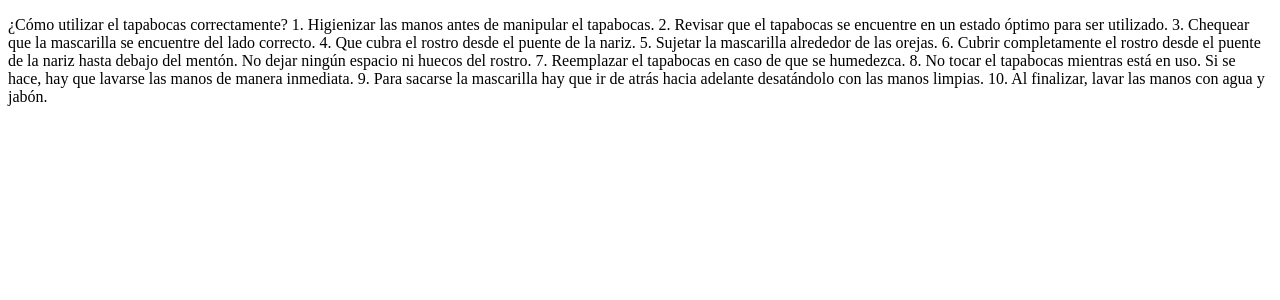
Repository: gustavomanfre/Curso_Front_End_Digitalers
Page: Unidad1/M1 - Laboratorio_01/index.html
These files come from the project's save history. The page is drawn as it stood at one moment and after a run of saves; the edit follows.
The browser window is 1280 px wide. The pictures show the whole page.

Above is the page before, as saved 2022-05-25 18:02:49.

### Unidad1/M1 - Laboratorio_01/index.html
<!DOCTYPE html>
<html lang="es">
<head>
    <meta charset="UTF-8">
    <meta http-equiv="X-UA-Compatible" content="IE=edge">
    <meta name="viewport" content="width=device-width, initial-scale=1.0">
    <title>Laboratorio1</title>
</head>
<body>

    <p>
        ¿Cómo utilizar el tapabocas correctamente?
        1. Higienizar las manos antes de manipular el tapabocas.
        2. Revisar que el tapabocas se encuentre en un estado óptimo para ser utilizado.
        3. Chequear que la mascarilla se encuentre del lado correcto.
        4. Que cubra el rostro desde el puente de la nariz.
        5. Sujetar la mascarilla alrededor de las orejas.
        6. Cubrir completamente el rostro desde el puente de la nariz hasta debajo del mentón.
        No dejar ningún espacio ni huecos del rostro.
        7. Reemplazar el tapabocas en caso de que se humedezca.
        8. No tocar el tapabocas mientras está en uso. Si se hace, hay que lavarse las manos de manera inmediata.
        9. Para sacarse la mascarilla hay que ir de atrás hacia adelante desatándolo con las manos limpias.
        10. Al finalizar, lavar las manos con agua y jabón.
    </p>

</body>
</html>

After the next 5 saves:
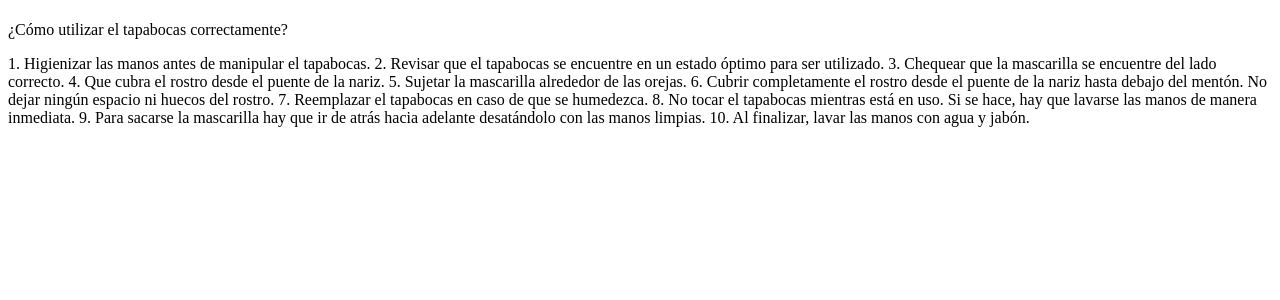
The 5 saves are shown as one change because they came seconds apart.
The last was saved 10 min 40 s later.
--- a/Unidad1/M1 - Laboratorio_01/index.html
+++ b/Unidad1/M1 - Laboratorio_01/index.html
@@ -7,9 +7,10 @@
     <title>Laboratorio1</title>
 </head>
 <body>
+   <h1></h1> ¿Cómo utilizar el tapabocas correctamente?
 
     <p>
-        ¿Cómo utilizar el tapabocas correctamente?
+
         1. Higienizar las manos antes de manipular el tapabocas.
         2. Revisar que el tapabocas se encuentre en un estado óptimo para ser utilizado.
         3. Chequear que la mascarilla se encuentre del lado correcto.
